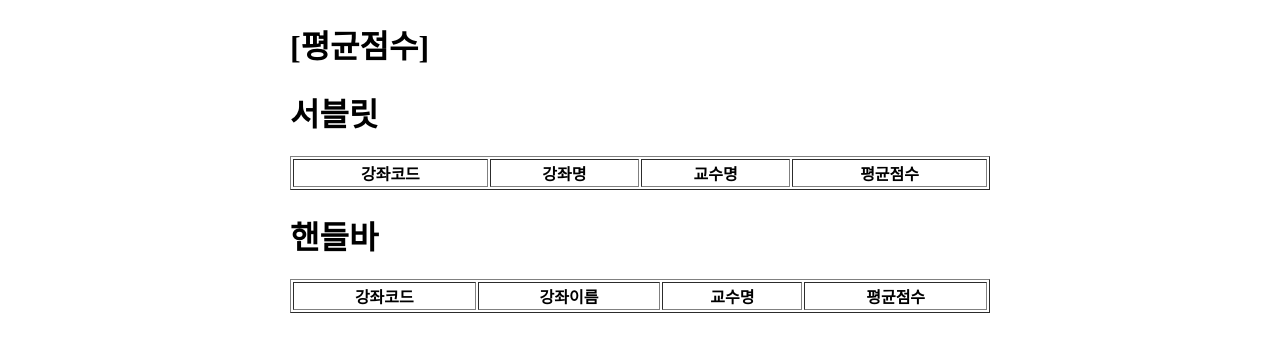
Repository: odasd/Ark-html
Page: http://localhost/ex20200504/list.jsp
An editor plug-in stored every save of this project. The page is shown before and after the next save, followed by the edit.
The browser window is 1280 px wide. The pictures show the whole page.
Some web libraries are served in a nearby version. The page is served by Tomcat 9. Other server files are loaded and not shown. Queries for data that is not in the repository find no rows.

Above is the page before, as saved 2020-05-04 03:55:04.

### 20200429/ex20200504/WebContent/list.jsp
<%@ page language="java" contentType="text/html; charset=UTF-8" pageEncoding="UTF-8"%>
<%@ page import="ex01.*, java.util.*" %>
<!DOCTYPE html>
<html>
<head>
	<meta charset="UTF-8">
	<title>강좌별 평균점수</title>
	<script src="http://code.jquery.com/jquery-1.9.1.js"></script>
	<script src="https://cdnjs.cloudflare.com/ajax/libs/handlebars.js/3.0.1/handlebars.js"></script>
	<style>
		#page {margin:auto; float:center; width:700px;}
	</style>
</head>
<body>
	<div id=page>
	<h1>[평균점수]</h1>
	<table border=1 width=700 id="tbl">
	<h1>서블릿</h1>
		<tr class="title">
			<th>강좌코드</th>
			<th>강좌명</th>
			<th>교수명</th>
			<th>평균점수</th>
		</tr>
		<%
			EnrollDAO dao=new EnrollDAO();
			ArrayList<EnrollVO> list=dao.clist();
			for(EnrollVO vo:list) {
				out.println("<tr>");
				out.println("<td>" + vo.getLcode() + "</td>");
				out.println("<td>" + vo.getLname() + "</td>");
				out.println("<td>" + vo.getPname() + "</td>");
				out.println("<td>" + vo.getAvg() + "</td>");
				out.println("</tr>");
			}

		%>
	</table>
		<h1>핸들바</h1>
		<table id="ctbl" border=1 width=700></table>
		<script id="temp" type="text/x-handlebars-template">
				<tr class=title>
					<th>강좌코드</th>
					<th>강좌이름</th>
					<th>교수명</th>
					<th>평균점수</th>
				</tr>
			{{#each clist}}
				<tr class=row>
					<td class=lcode>{{lcode}}</td>
					<td>{{lname}}</td>
					<td>{{pname}}</td>
					<td>{{avg}}</td>
				</tr>
			{{/each}}
		</script>
	</div>
</body>
<script>
	$.ajax({
		type:"get",
		url:"json.jsp",
		dataType:"json",
		success:function(data){
			var temp=Handlebars.compile($("#temp").html());
			$("#ctbl").html(temp(data));
		}
	});
</script>
</html>

### 20200429/ex20200504/src/ex01/EnrollDAO.java
package ex01;

import java.sql.Connection;
import java.sql.DriverManager;
import java.sql.PreparedStatement;
import java.sql.ResultSet;
import java.util.ArrayList;

public class EnrollDAO {

	public Connection con() throws Exception {
        String driver = "oracle.jdbc.driver.OracleDriver";
        String url = "jdbc:oracle:thin:@localhost:1521:orcl";
        String user = "haksa";
        String password = "pass";

        Class.forName(driver);
        Connection con = DriverManager.getConnection(url, user, password);
        return con;
        }

	public ArrayList<EnrollVO> clist() throws Exception {
		ArrayList<EnrollVO> list=new ArrayList<EnrollVO>();
		String sql="select lcode,lname,pname, avg(grade) a from enroll2 group by lcode, lname, pname";
		PreparedStatement ps=con().prepareStatement(sql);
		ResultSet rs=ps.executeQuery();

		while(rs.next()) {
			EnrollVO vo=new EnrollVO();
			vo.setLcode(rs.getString("lcode"));
			vo.setLname(rs.getString("lname"));
			vo.setPname(rs.getString("pname"));
			vo.setAvg(rs.getDouble("a"));
			list.add(vo);
			System.out.println(vo.toString());
		}
		return list;

	}
}

### 20200429/ex20200504/WebContent/json.jsp
<%@ page language="java" contentType="text/html; charset=UTF-8" pageEncoding="UTF-8"%>
<%@ page import="ex01.*,java.util.*, org.json.simple.* , java.text.*" %>

<%
	DecimalFormat df=new DecimalFormat("##0.00");
	EnrollDAO dao=new EnrollDAO();
	ArrayList<EnrollVO> list=dao.clist();

	JSONObject jObject=new JSONObject();
	JSONArray array=new JSONArray();
	for(EnrollVO vo:list) {
		JSONObject obj=new JSONObject();
		obj.put("lcode", vo.getLcode());
		obj.put("lname", vo.getLname());
		obj.put("pname", vo.getPname());
		String avg=df.format(vo.getAvg());
		obj.put("avg", avg);
		array.add(obj);

	}

	jObject.put("clist", array);
	out.println(jObject);
%>

After the next save:
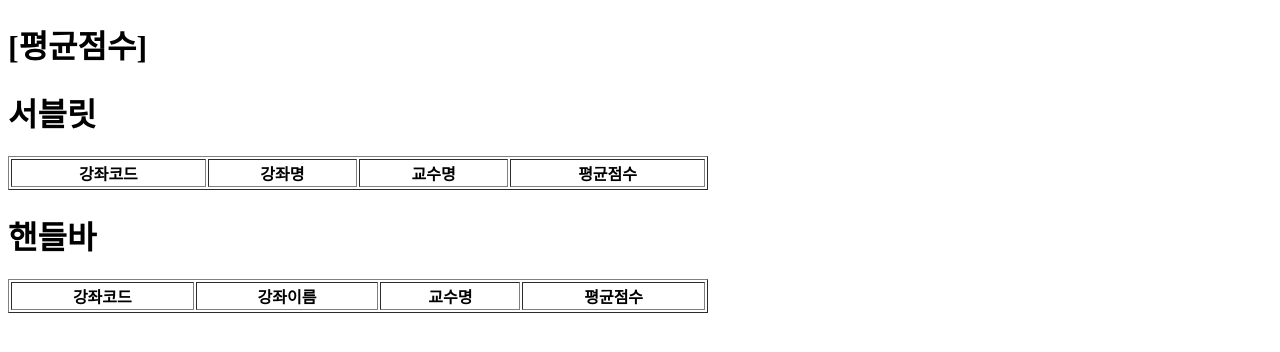
Saved 12 s later.
--- a/20200429/ex20200504/WebContent/list.jsp
+++ b/20200429/ex20200504/WebContent/list.jsp
@@ -8,7 +8,7 @@
 	<script src="http://code.jquery.com/jquery-1.9.1.js"></script>
 	<script src="https://cdnjs.cloudflare.com/ajax/libs/handlebars.js/3.0.1/handlebars.js"></script>
 	<style>
-		#page {margin:auto; float:center; width:700px;}
+		#page {float:center; width:700px;}
 	</style>
 </head>
 <body>

After the save that followed:
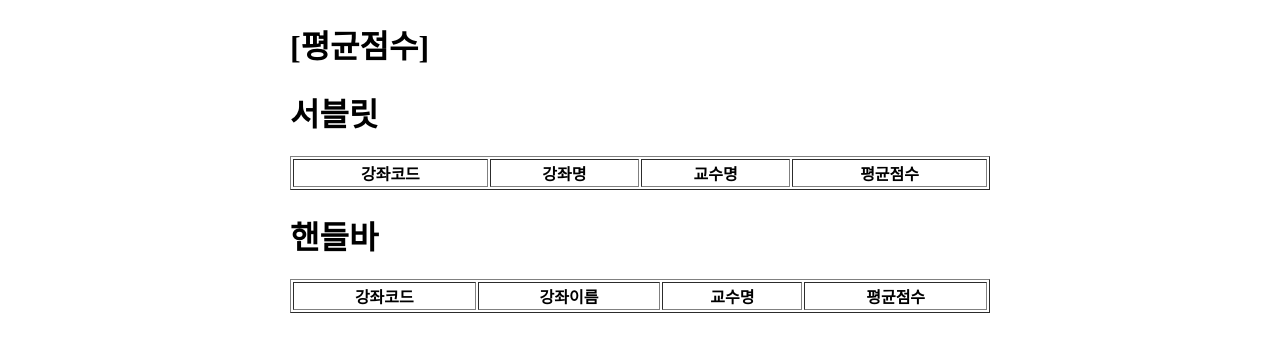
Saved 14 s later.
--- a/20200429/ex20200504/WebContent/list.jsp
+++ b/20200429/ex20200504/WebContent/list.jsp
@@ -8,7 +8,7 @@
 	<script src="http://code.jquery.com/jquery-1.9.1.js"></script>
 	<script src="https://cdnjs.cloudflare.com/ajax/libs/handlebars.js/3.0.1/handlebars.js"></script>
 	<style>
-		#page {float:center; width:700px;}
+		#page {margin:auto; width:700px;}
 	</style>
 </head>
 <body>
